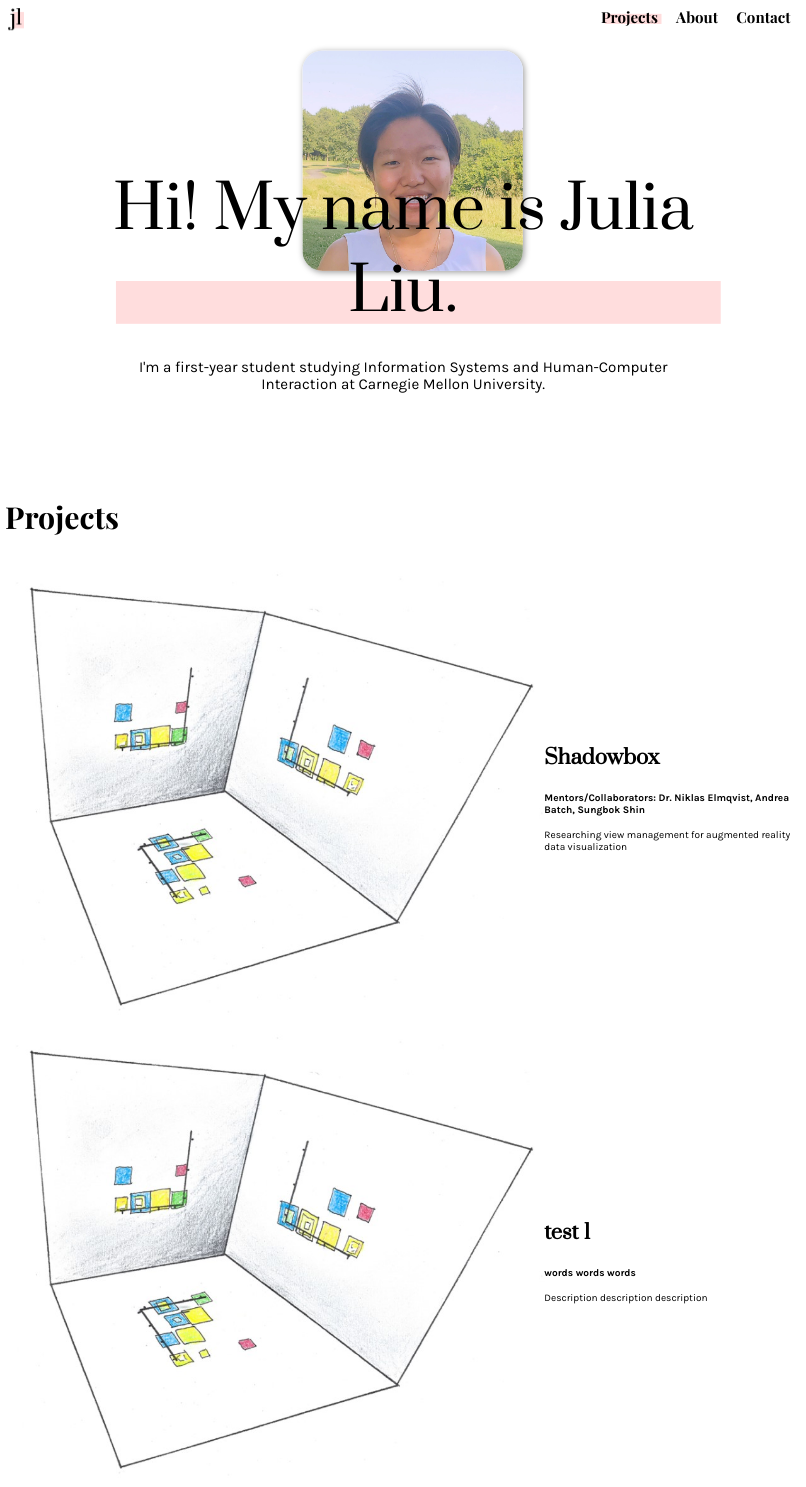
Repository: liu-julia/liu-julia.github.io
Page: index.html
The author's editor kept a copy of each file at every save. The page is drawn from the files as they stood at one save, then again after the next save.
The browser window is 1280 px wide. The pictures show the whole page, at 63% of full size.

Above is the page before, as saved 2022-04-26 23:30:36.

### index.html
<!DOCTYPE html>
<html lang="en">
<head>
    <meta charset="UTF-8">
    <meta http-equiv="X-UA-Compatible" content="IE=edge">
    <meta name="viewport" content="width=device-width, initial-scale=1.0">
    <link rel="preconnect" href="https://fonts.googleapis.com">
    <link rel="preconnect" href="https://fonts.gstatic.com" crossorigin>
    <link href="https://fonts.googleapis.com/css2?family=Karla:wght@300;400;700&family=Open+Sans:wght@300;400;700&family=Playfair+Display:wght@400;700&family=Prata&display=swap" rel="stylesheet">
    <link rel="stylesheet" href="css/styles.css">
    <link rel="icon" href="images/jllogo.png">
    <title>Julia Liu</title>
</head>
<body>
    <header>
        <img id="logo" src="images/jllogo.png" alt="JL logo">
        <div id="navbar">
            <a class="highlighted" href="index.html">Projects</a>
            <a class="hl_hover" href="about.html">About</a>
            <a class="hl_hover" href="contact.html">Contact</a>
        </div>
    </header>
    <div id="content">
        <div id="top">
            <img id="face" src="images/IMG_20210707_193435_832.jpg" alt="Julia Liu">
            <h1 class="highlighted">Hi! My name is Julia Liu.</h1>
            <p id="head_desc">I'm a first-year student studying Information Systems and Human-Computer Interaction at Carnegie Mellon University.</p>
        </div>
        <br>
        <h2>Projects</h2>
        <div class="project">
            <img src="images/shadowbox.jpg" alt="Shadowbox">
            <div class="project-text">
                <h3>Shadowbox</h3>
                <h4>Mentors/Collaborators: Dr. Niklas Elmqvist, Andrea Batch, Sungbok Shin</h4>
                <p>Researching view management for augmented reality data visualization</p>
            </div>
        </div>
        <div class="project">
            <img src="images/shadowbox.jpg" alt="Shadowbox">
            <div class="project-text">
                <h3>test 1</h3>
                <h4>words words words</h4>
                <p>Description description description</p>
            </div>
        </div>
    </div>
</body>
</html>

### css/styles.css
:root {
    font-family: 'Karla', sans-serif;
}
html {
    height: 100%;
}
header {
    position: fixed;
    top: 0;
    left: 0;
    right: 0;
    width: 100%;
    height: 60px;
    background-color: white;
    z-index: 1;
    box-shadow: 0 0 10px #FFFFFF;
}
#logo {
    width: 25px;
    height: 35px;
    padding: 13px;
}
#navbar {
    float: right;
}
a {
    position: relative;
    top: 10px;
    margin-right: 25px;
    align-self: center;
    color: black;
}
body {
    height: 100%;
}
#content {
    height: 100%;
}
h1 {
    font-family: 'Prata', serif;
    font-weight: 400;
    font-size: 6em;
}
#top {
    height: 100%;
}
h1{
    position: absolute;
    bottom: 12rem;
    left: 1rem;
    right: 1rem;
    text-align: center;
    margin: auto;
    width: 75%;
}
.highlighted::before {
    content: "";
    position: absolute;
    width: 100%;
    background: #ffdddd;
    left: .25em;
    bottom: .15em;
    height: .7em;
    z-index: -1;
}
.hl_hover::before {
    content: "";
    position: absolute;
    width: 100%;
    background: #ffdddd;
    left: .25em;
    bottom: .15em;
    height: .7em;
    z-index: -1;
    transition: transform 0.5s;
    transform: scaleX(0);
    transform-origin: right;
}
.hl_hover:hover::before {
    transform: scaleX(1);
    transform-origin: left;
}
h2 {
    font-family: 'Playfair Display', serif;
    font-size: 3em;
}
h3 {
    font-family: 'Prata', serif;
    font-size: 2em;

}
a {
    font-family: 'Playfair Display', serif;
    font-size: 1.5em;
    font-weight: 700;
    text-decoration: none;
}
#head_desc {
    font-size: 1.5em;
    font-weight: 400;
    position: absolute;
    bottom: 6rem;
    width: 90%;
    left: 1rem;
    right: 1rem;
    text-align: center;
    margin: auto;
    width: 75%;
}
.project {
    display: flex;
    align-items: center;
}
#face {
    position: absolute;
    width: 350px;
    height: 350px;
    top: 5rem;
    left: 30rem;
    right: 30rem;
    border-radius: 2em;
    margin: auto;
    box-shadow: 2px 2px 10px #00000066;
}

After the next save:
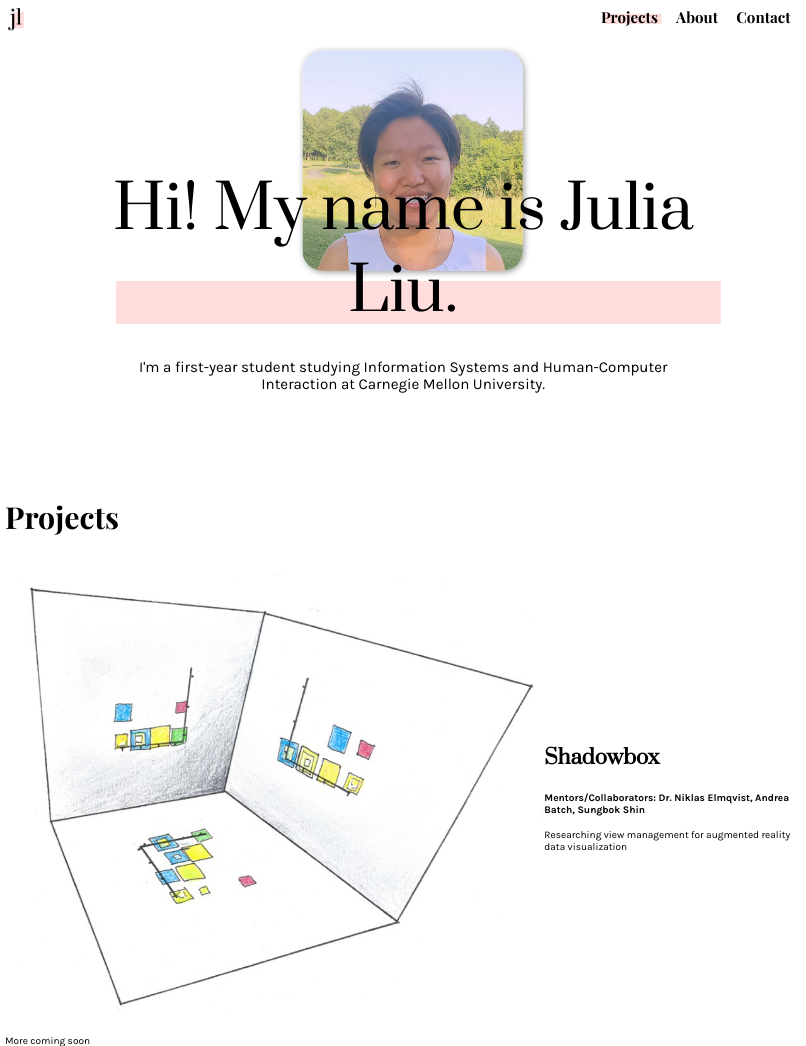
Saved 2 min 22 s later.
--- a/index.html
+++ b/index.html
@@ -36,14 +36,7 @@
                 <p>Researching view management for augmented reality data visualization</p>
             </div>
         </div>
-        <div class="project">
-            <img src="images/shadowbox.jpg" alt="Shadowbox">
-            <div class="project-text">
-                <h3>test 1</h3>
-                <h4>words words words</h4>
-                <p>Description description description</p>
-            </div>
-        </div>
+        <p>More coming soon</p>
     </div>
 </body>
 </html>
